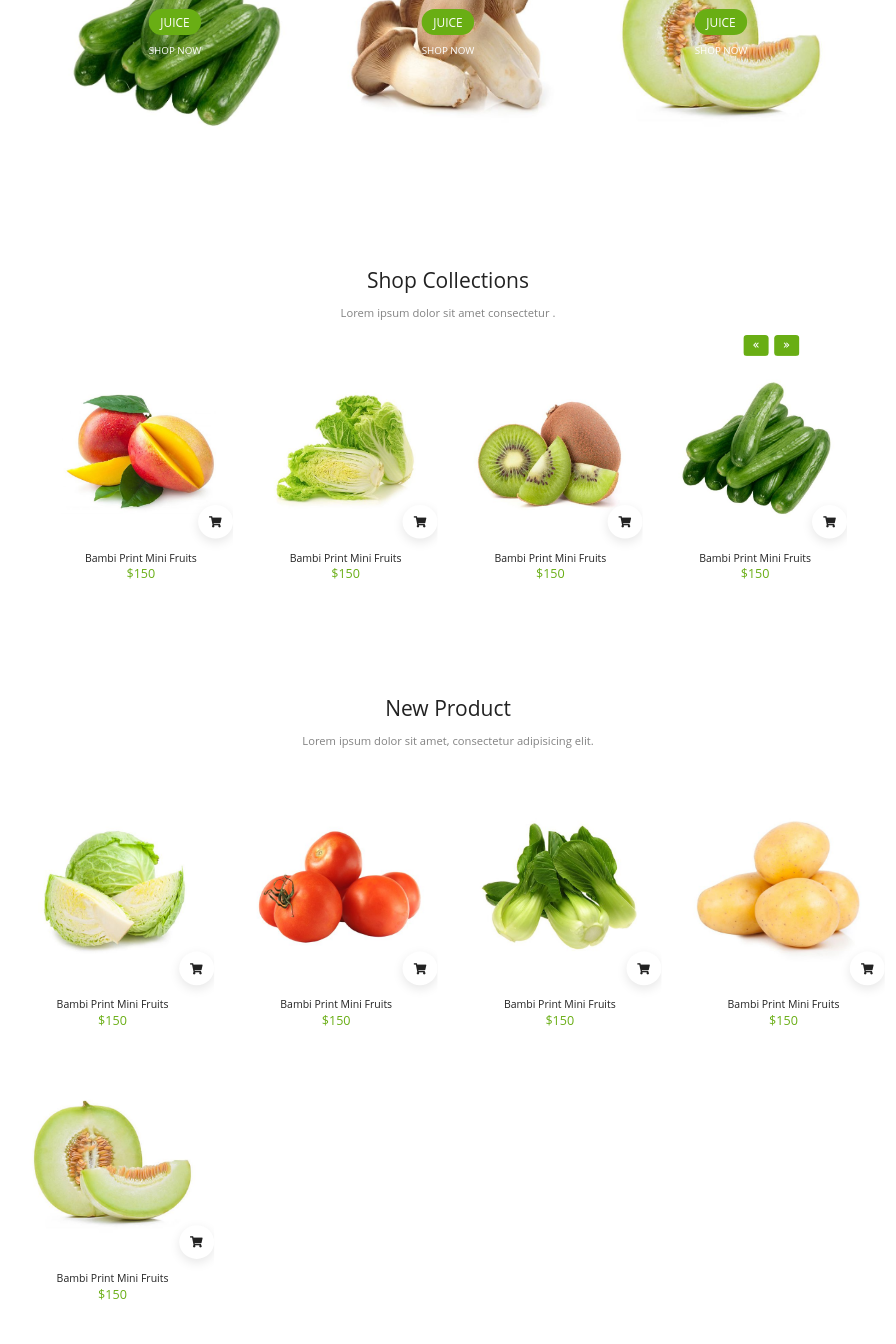
Repository: hoanggiainfomation/hoanggiainfomation.github.io
Page: index.html
These files come from the project's save history. The page is drawn as it stood at one moment and after the next save; the edit follows.
The browser window is 1280 px wide. The pictures show the part of the page from y = 1479 to 3399 px (the page is 3399 px tall), at 70% of full size.
Some web libraries are served in a nearby version.

Above is the page before, as saved 2021-08-18 00:41:30.

### index.html
<!DOCTYPE html>
<html lang="en">
  <head>
    <meta charset="UTF-8" />
    <meta name="viewport" content="width=device-width, initial-scale=1.0" />
    <!-- Favicon -->
    <link rel="shortcut icon" href="./images/favicon.png" type="image/png" />
    <!-- Font Awesome -->
    <link
      rel="stylesheet"
      href="https://cdnjs.cloudflare.com/ajax/libs/font-awesome/5.15.1/css/all.min.css"
    />
    <!-- ======== Swiper Js ======= -->
    <link
      rel="stylesheet"
      href="https://cdnjs.cloudflare.com/ajax/libs/Swiper/6.7.5/swiper-bundle.min.css"
    />

    <!-- Boxicons -->
    <link
      href="https://unpkg.com/boxicons@2.0.8/css/boxicons.min.css"
      rel="stylesheet"
    />
    <!-- Custom StyleSheet -->
    <link rel="stylesheet" href="./styles.css" />
    <title>Codevo - Ecommerce Website</title>
  </head>
  <body>
    <!-- Navigation -->
    <nav class="nav">
      <div class="wrapper container">
        <div class="logo">
          <a href="">
            <img src="./images/logo.png" alt="" />
          </a>
        </div>
        <ul class="nav-list show">
          <div class="top">
            <label for="" class="btn close-btn"
              ><i class="fas fa-times"></i
            ></label>
          </div>
          <li><a href="index.html">Home</a></li>
          <li><a href="products.html">Products</a></li>
          <li>
            <a href="" class="desktop-item"
              >Shop <span><i class="fas fa-chevron-down"></i></span
            ></a>
            <input type="checkbox" id="showMega" />
            <label for="showMega" class="mobile-item"
              >Shop <span><i class="fas fa-chevron-down"></i></span
            ></label>
            <div class="mega-box">
              <div class="content">
                <div class="row">
                  <img src="./images/nav.png" alt="" />
                </div>
                <div class="row">
                  <header>Shop Layout</header>
                  <ul class="mega-links">
                    <li><a href="#">Shop With Background</a></li>
                    <li><a href="#">Shop Mini Categories</a></li>
                    <li><a href="#">Shop Only Categories</a></li>
                    <li><a href="#">Shop Icon Categories</a></li>
                  </ul>
                </div>
                <div class="row">
                  <header>Filter Layout</header>
                  <ul class="mega-links">
                    <li><a href="#">Sidebar</a></li>
                    <li><a href="#">Filter Default</a></li>
                    <li><a href="#">Filter Drawer</a></li>
                    <li><a href="#">Filter Dropdown</a></li>
                  </ul>
                </div>
                <div class="row">
                  <header>Product Layout</header>
                  <ul class="mega-links">
                    <li><a href="#">Layout Zoom</a></li>
                    <li><a href="#">Layout Sticky</a></li>
                    <li><a href="#">Layout Sticky 2</a></li>
                    <li><a href="#">Layout Scroll</a></li>
                  </ul>
                </div>
              </div>
            </div>
          </li>
          <li><a href="">Blog</a></li>
          <li>
            <a href="" class="desktop-item"
              >Vendors <span><i class="fas fa-chevron-down"></i></span
            ></a>
            <input type="checkbox" id="showdrop1" />
            <label for="showdrop1" class="mobile-item"
              >Vendors <span><i class="fas fa-chevron-down"></i></span
            ></label>
            <ul class="drop-menu1">
              <li><a href="">Vendor Store listings</a></li>
              <li><a href="">Store Details</a></li>
            </ul>
          </li>

          <li>
            <a href="" class="desktop-item"
              >Page <span><i class="fas fa-chevron-down"></i></span
            ></a>
            <input type="checkbox" id="showdrop2" />
            <label for="showdrop2" class="mobile-item"
              >Page <span><i class="fas fa-chevron-down"></i></span
            ></label>
            <ul class="drop-menu2">
              <li><a href="">About</a></li>
              <li><a href="">Contact</a></li>
              <li><a href="">Faq</a></li>
              <li><a href="">Page 404</a></li>
            </ul>
          </li>
          <!-- icons -->
          <li class="icons">
            <a href="cart.html">
              <span>
                <img src="./images/shoppingBag.svg" alt="" />
                <small class="count d-flex">0</small>
              </span>
            </a>
            <span><img src="./images/search.svg" alt="" /></span>
          </li>
        </ul>
        <label for="" class="btn open-btn"><i class="fas fa-bars"></i></label>
      </div>
    </nav>
    <!-- Hero -->
    <div class="hero">
      <div class="row">
        <!-- Swiper -->
        <div class="swiper-container slider-1">
          <div class="swiper-wrapper">
            <div class="swiper-slide">
              <img src="./images/hero-1.png" alt="" />
              <div class="content">
                <h1>
                  Super market vegbox
                  <br />
                  start from
                  <span>$9</span>
                </h1>
                <p>
                  Lorem, ipsum dolor sit amet consectetur adipisicing elit. Ad
                  facilis architecto iste quidem maiores debitis laboriosam eum
                  cupiditate tempore cum distinctio alias vero, quasi sequi,
                  neque quisquam. Id, necessitatibus culpa.
                </p>
                <a href="">Shop Now</a>
              </div>
            </div>
            <div class="swiper-slide">
              <img src="./images/hero-2.png" alt="" />
              <div class="content">
                <h1>
                  You first Order
                  <br />
                  start from
                  <span>20% off</span>
                  at Juice
                </h1>
                <p>
                  Lorem, ipsum dolor sit amet consectetur adipisicing elit. Ad
                  facilis architecto iste quidem maiores debitis laboriosam eum
                  cupiditate tempore cum distinctio alias vero, quasi sequi,
                  neque quisquam. Id, necessitatibus culpa.
                </p>
                <a href="">Shop Now</a>
              </div>
            </div>
            <div class="swiper-slide">
              <img src="./images/hero-3.png" alt="" />
              <div class="content">
                <h1>
                  Super market vegbox
                  <br />
                  start from
                  <span>$9</span>
                </h1>
                <p>
                  Lorem, ipsum dolor sit amet consectetur adipisicing elit. Ad
                  facilis architecto iste quidem maiores debitis laboriosam eum
                  cupiditate tempore cum distinctio alias vero, quasi sequi,
                  neque quisquam. Id, necessitatibus culpa.
                </p>
                <a href="">Shop Now</a>
              </div>
            </div>
          </div>
          <!-- <div class="swiper-button-next"></div>
        <div class="swiper-button-prev"></div> -->
        </div>
      </div>
      <!-- Carousel Navigation -->
      <div class="arrows d-flex">
        <div class="swiper-prev d-flex">
          <i class="bx bx-chevrons-left swiper-icon"></i>
        </div>
        <div class="swiper-next d-flex">
          <i class="bx bx-chevrons-right swiper-icon"></i>
        </div>
      </div>
    </div>
    <!-- Collertions -->
    <section class="section collection">
      <div class="title">
        <h2>Shop Collections</h2>
        <span>Lorem ipsum dolor sit amet, consectetur adipisicing elit.</span>
      </div>
      <div class="collection-layout container">
        <div class="collection-item">
          <img src="./images/product-1.jpg" alt="" />
          <div class="collection-content">
            <h3>JUICE</h3>
            <a href="">SHOP NOW</a>
          </div>
        </div>
        <div class="collection-item">
          <img src="./images/product-2.jpg" alt="" />
          <div class="collection-content">
            <h3>JUICE</h3>
            <a href="">SHOP NOW</a>
          </div>
        </div>
        <div class="collection-item">
          <img src="./images/product-3.jpg" alt="" />
          <div class="collection-content">
            <h3>JUICE</h3>
            <a href="">SHOP NOW</a>
          </div>
        </div>
        <div class="collection-item">
          <img src="./images/product-4.jpg" alt="" />
          <div class="collection-content">
            <h3>JUICE</h3>
            <a href="">SHOP NOW</a>
          </div>
        </div>
        <div class="collection-item">
          <img src="./images/product-5.jpg" alt="" />
          <div class="collection-content">
            <h3>JUICE</h3>
            <a href="">SHOP NOW</a>
          </div>
        </div>
        <div class="collection-item">
          <img src="./images/product-6.jpg" alt="" />
          <div class="collection-content">
            <h3>JUICE</h3>
            <a href="">SHOP NOW</a>
          </div>
        </div>
      </div>
    </section>
    <!-- Featured Section -->
    <section class="section featured">
      <div class="title">
        <h2>Shop Collections</h2>
        <span>Lorem ipsum dolor sit amet consectetur .</span>
      </div>
      <div class="row container">
        <div class="swiper-container slider-2">
          <div class="swiper-wrapper">
            <div class="swiper-slide">
              <div class="product">
                <div class="img-container">
                  <img src="./images/product-1.jpg" alt="" />
                  <div class="addCart">
                    <i class="fas fa-shopping-cart"></i>
                  </div>
                  <ul class="side-icons">
                    <span><i class="fas fa-search"></i></span>
                    <span><i class="fas fa-heart"></i></span>
                    <span><i class="fas fa-sliders-h"></i></span>
                  </ul>
                </div>
                <div class="bottom">
                  <a href="productDetails.html">Bambi Print Mini Fruits</a>
                  <div class="price">
                    <span>$150</span>
                  </div>
                </div>
              </div>
            </div>
            <div class="swiper-slide">
              <div class="product">
                <div class="img-container">
                  <img src="./images/product-2.jpg" alt="" />
                  <div class="addCart">
                    <i class="fas fa-shopping-cart"></i>
                  </div>
                  <ul class="side-icons">
                    <span><i class="fas fa-search"></i></span>
                    <span><i class="fas fa-heart"></i></span>
                    <span><i class="fas fa-sliders-h"></i></span>
                  </ul>
                </div>
                <div class="bottom">
                  <a href="productDetails.html">Bambi Print Mini Fruits</a>
                  <div class="price">
                    <span>$150</span>
                  </div>
                </div>
              </div>
            </div>
            <div class="swiper-slide">
              <div class="product">
                <div class="img-container">
                  <img src="./images/product-3.jpg" alt="" />
                  <div class="addCart">
                    <i class="fas fa-shopping-cart"></i>
                  </div>
                  <ul class="side-icons">
                    <span><i class="fas fa-search"></i></span>
                    <span><i class="fas fa-heart"></i></span>
                    <span><i class="fas fa-sliders-h"></i></span>
                  </ul>
                </div>
                <div class="bottom">
                  <a href="productDetails.html">Bambi Print Mini Fruits</a>
                  <div class="price">
                    <span>$150</span>
                  </div>
                </div>
              </div>
            </div>
            <div class="swiper-slide">
              <div class="product">
                <div class="img-container">
                  <img src="./images/product-4.jpg" alt="" />
                  <div class="addCart">
                    <i class="fas fa-shopping-cart"></i>
                  </div>
                  <ul class="side-icons">
                    <span><i class="fas fa-search"></i></span>
                    <span><i class="fas fa-heart"></i></span>
                    <span><i class="fas fa-sliders-h"></i></span>
                  </ul>
                </div>
                <div class="bottom">
                  <a href="productDetails.html">Bambi Print Mini Fruits</a>
                  <div class="price">
                    <span>$150</span>
                  </div>
                </div>
              </div>
            </div>
          </div>
        </div>
      </div>
      <!-- Featured Navigation -->
      <div class="arrows d-flex">
        <div class="custom-prev d-flex">
          <i class="bx bx-chevrons-left swiper-icon"></i>
        </div>
        <div class="custom-next d-flex">
          <i class="bx bx-chevrons-right swiper-icon"></i>
        </div>
      </div>
    </div>
    </section>
    <!-- Product -->
    <section class="section products">
      <div class="title">
        <h2>New Product</h2>
        <span>Lorem ipsum dolor sit amet, consectetur adipisicing elit.</span>
      </div>
      <div class="product-layout">
        <div class="product">
          <div class="img-container">
            <img src="./images/product-10.jpg" alt="" />
            <div class="addCart">
              <i class="fas fa-shopping-cart"></i>
            </div>
            <ul class="side-icons">
              <span><i class="fas fa-search"></i></span>
              <span><i class="fas fa-heart"></i></span>
              <span><i class="fas fa-sliders-h"></i></span>
            </ul>
          </div>
          <div class="bottom">
            <a href="productDetails.html">Bambi Print Mini Fruits</a>
            <div class="price">
              <span>$150</span>
            </div>
          </div>
        </div>
        <div class="product">
          <div class="img-container">
            <img src="./images/product-9.jpg" alt="" />
            <div class="addCart">
              <i class="fas fa-shopping-cart"></i>
            </div>
            <ul class="side-icons">
              <span><i class="fas fa-search"></i></span>
              <span><i class="fas fa-heart"></i></span>
              <span><i class="fas fa-sliders-h"></i></span>
            </ul>
          </div>
          <div class="bottom">
            <a href="productDetails.html">Bambi Print Mini Fruits</a>
            <div class="price">
              <span>$150</span>
            </div>
          </div>
        </div>
        <div class="product">
          <div class="img-container">
            <img src="./images/product-8.jpg" alt="" />
            <div class="addCart">
              <i class="fas fa-shopping-cart"></i>
            </div>
            <ul class="side-icons">
              <span><i class="fas fa-search"></i></span>
              <span><i class="fas fa-heart"></i></span>
              <span><i class="fas fa-sliders-h"></i></span>
            </ul>
          </div>
          <div class="bottom">
            <a href="productDetails.html">Bambi Print Mini Fruits</a>
            <div class="price">
              <span>$150</span>
            </div>
          </div>
        </div>
        <div class="product">
          <div class="img-container">
            <img src="./images/product-7.jpg" alt="" />
            <div class="addCart">
              <i class="fas fa-shopping-cart"></i>
            </div>
            <ul class="side-icons">
              <span><i class="fas fa-search"></i></span>
              <span><i class="fas fa-heart"></i></span>
              <span><i class="fas fa-sliders-h"></i></span>
            </ul>
          </div>
          <div class="bottom">
            <a href="productDetails.html">Bambi Print Mini Fruits</a>
            <div class="price">
              <span>$150</span>
            </div>
          </div>
        </div>
        <div class="product">
          <div class="img-container">
            <img src="./images/product-6.jpg" alt="" />
            <div class="addCart">
              <i class="fas fa-shopping-cart"></i>
            </div>
            <ul class="side-icons">
              <span><i class="fas fa-search"></i></span>
              <span><i class="fas fa-heart"></i></span>
              <span><i class="fas fa-sliders-h"></i></span>
            </ul>
          </div>
          <div class="bottom">
            <a href="productDetails.html">Bambi Print Mini Fruits</a>
            <div class="price">
              <span>$150</span>
            </div>
          </div>
        </div>
      </div>
    </section>
    <!-- ======== SwiperJS ======= -->
    <script src="https://cdnjs.cloudflare.com/ajax/libs/Swiper/6.7.5/swiper-bundle.min.js"></script>
    <!-- Custom Scripts -->
    <script src="./js/slider.js"></script>
    <script src="./js/index.js"></script>
  </body>
</html>

Loaded but not shown: js/slider.js (32 lines, source omitted); js/index.js (10 lines, source omitted); styles.css (749 lines, source omitted)

After the next save:
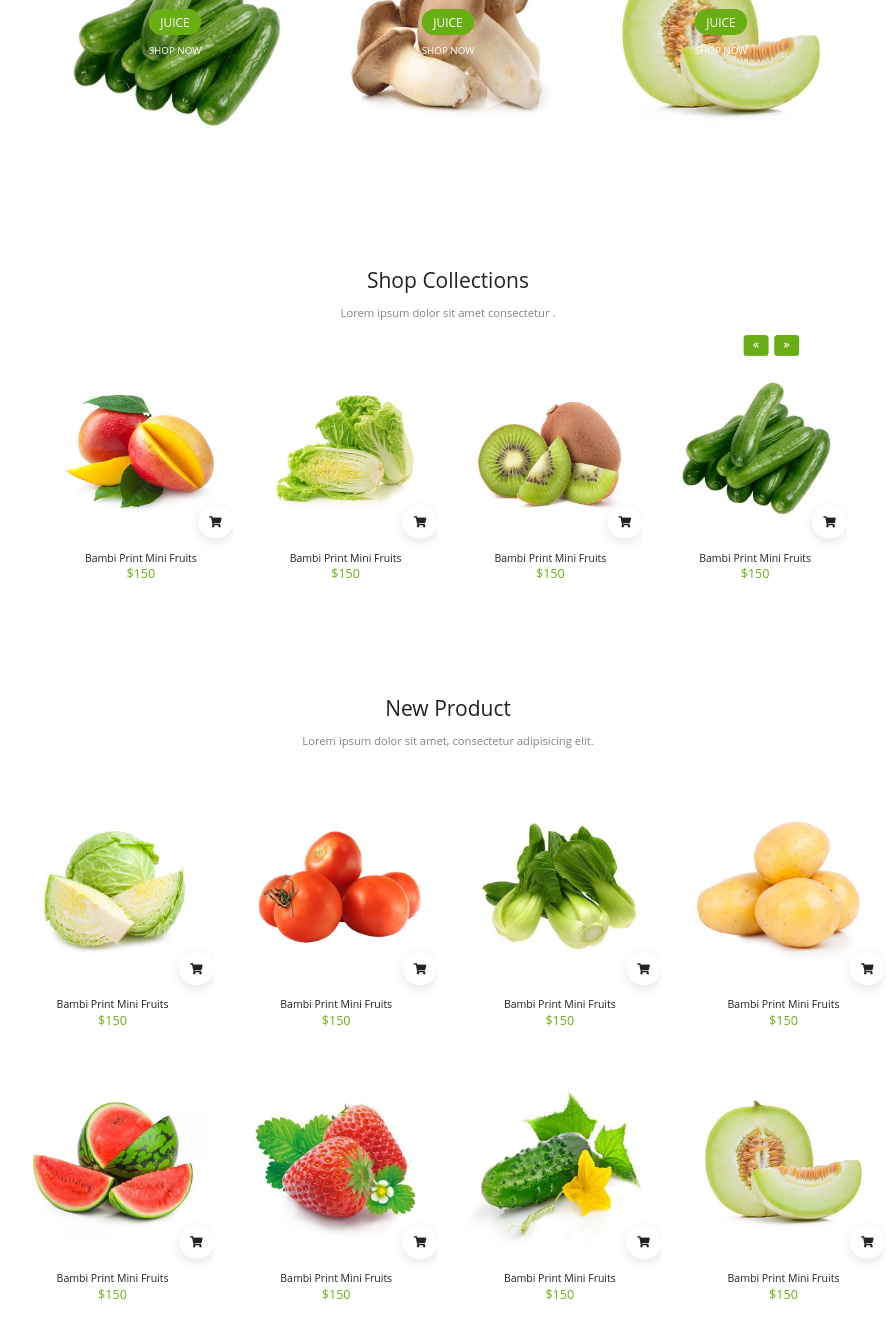
Saved 94 s later.
--- a/index.html
+++ b/index.html
@@ -448,6 +448,63 @@
         </div>
         <div class="product">
           <div class="img-container">
+            <img src="./images/product-13.jpg" alt="" />
+            <div class="addCart">
+              <i class="fas fa-shopping-cart"></i>
+            </div>
+            <ul class="side-icons">
+              <span><i class="fas fa-search"></i></span>
+              <span><i class="fas fa-heart"></i></span>
+              <span><i class="fas fa-sliders-h"></i></span>
+            </ul>
+          </div>
+          <div class="bottom">
+            <a href="productDetails.html">Bambi Print Mini Fruits</a>
+            <div class="price">
+              <span>$150</span>
+            </div>
+          </div>
+        </div>
+        <div class="product">
+          <div class="img-container">
+            <img src="./images/product-12.jpg" alt="" />
+            <div class="addCart">
+              <i class="fas fa-shopping-cart"></i>
+            </div>
+            <ul class="side-icons">
+              <span><i class="fas fa-search"></i></span>
+              <span><i class="fas fa-heart"></i></span>
+              <span><i class="fas fa-sliders-h"></i></span>
+            </ul>
+          </div>
+          <div class="bottom">
+            <a href="productDetails.html">Bambi Print Mini Fruits</a>
+            <div class="price">
+              <span>$150</span>
+            </div>
+          </div>
+        </div>
+        <div class="product">
+          <div class="img-container">
+            <img src="./images/product-11.jpg" alt="" />
+            <div class="addCart">
+              <i class="fas fa-shopping-cart"></i>
+            </div>
+            <ul class="side-icons">
+              <span><i class="fas fa-search"></i></span>
+              <span><i class="fas fa-heart"></i></span>
+              <span><i class="fas fa-sliders-h"></i></span>
+            </ul>
+          </div>
+          <div class="bottom">
+            <a href="productDetails.html">Bambi Print Mini Fruits</a>
+            <div class="price">
+              <span>$150</span>
+            </div>
+          </div>
+        </div>
+        <div class="product">
+          <div class="img-container">
             <img src="./images/product-6.jpg" alt="" />
             <div class="addCart">
               <i class="fas fa-shopping-cart"></i>
